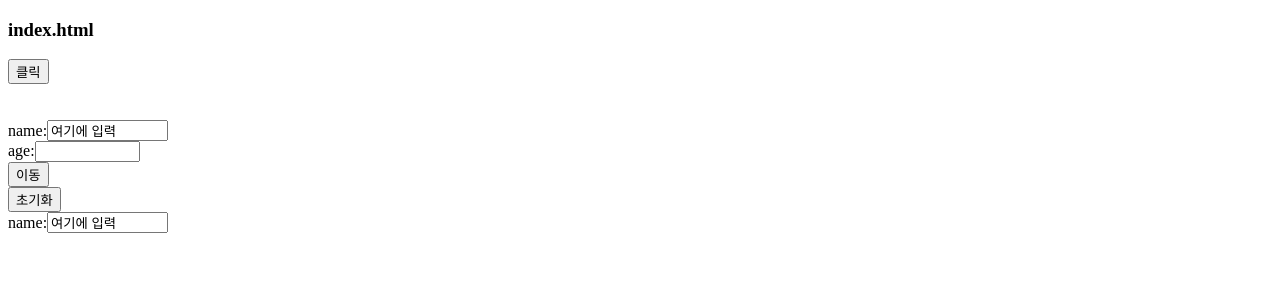
Repository: Jv2020/bitcamp
Page: html/sample04/WebContent/index.html
These files come from the project's save history. The page is drawn as it stood at one moment and after the next save; the edit follows.
The browser window is 1280 px wide. The pictures show the whole page.

Above is the page before, as saved 2020-01-03 02:09:24.

### html/sample04/WebContent/index.html
<!DOCTYPE html>
<html>
<head>
<meta charset="UTF-8">
<title>Insert title here</title>
</head>
<body>

<!--
	link -> anchor <a href="이동하고 싶은 파일 또는 URL">표시문자열 이미지</a>
-->

<!--

form
event resource와 같이 많이 사용.
입력데이터 등을 전송할 수 있다.

	id		: # 현재 페이지에서 1개만 인식 (중복x), JacaScript(=JQery)
	class	: . 다중 인식. CSS()
	name	: link용. 값을 전송. 변수의 역할

-->


<!--

<form action="이동하고 싶은 파일 또는 주소 or 파일명"> submit
	입력 리소스
	<input type="submit" value="클릭">
</form>

-->
<h3>index.html</h3>
<form action="NewFile.html">
	<input type="submit" value="클릭">
</form>

<br><br>

<!--
	input : button(submit), checkbox, radio, textfield ...
-->
<form action="NewFile.html">
   name:<input type="text" value="여기에 입력" size="12">
   <br>
   age:<input type="text" value="" size="10">
   <br>
   <input type="submit" value="이동">
   <br>
   <input type="reset" value="초기화">
</form>

name:<input type="text" value="여기에 입력" size="12">


</body>
</html>

After the next save:
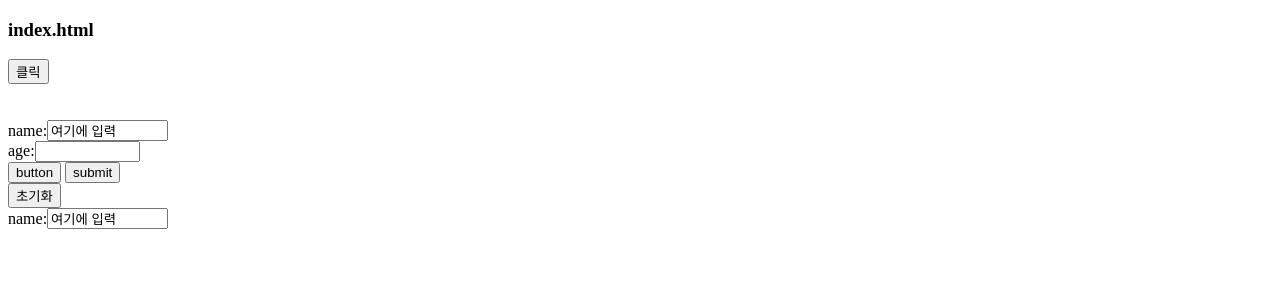
Saved 2 min 8 s later.
--- a/html/sample04/WebContent/index.html
+++ b/html/sample04/WebContent/index.html
@@ -46,7 +46,8 @@ event resource와 같이 많이 사용.
    <br>
    age:<input type="text" value="" size="10">
    <br>
-   <input type="submit" value="이동">
+   <input type="submit" value="button">
+   <input type="submit" value="submit">
    <br>
    <input type="reset" value="초기화">
 </form>
